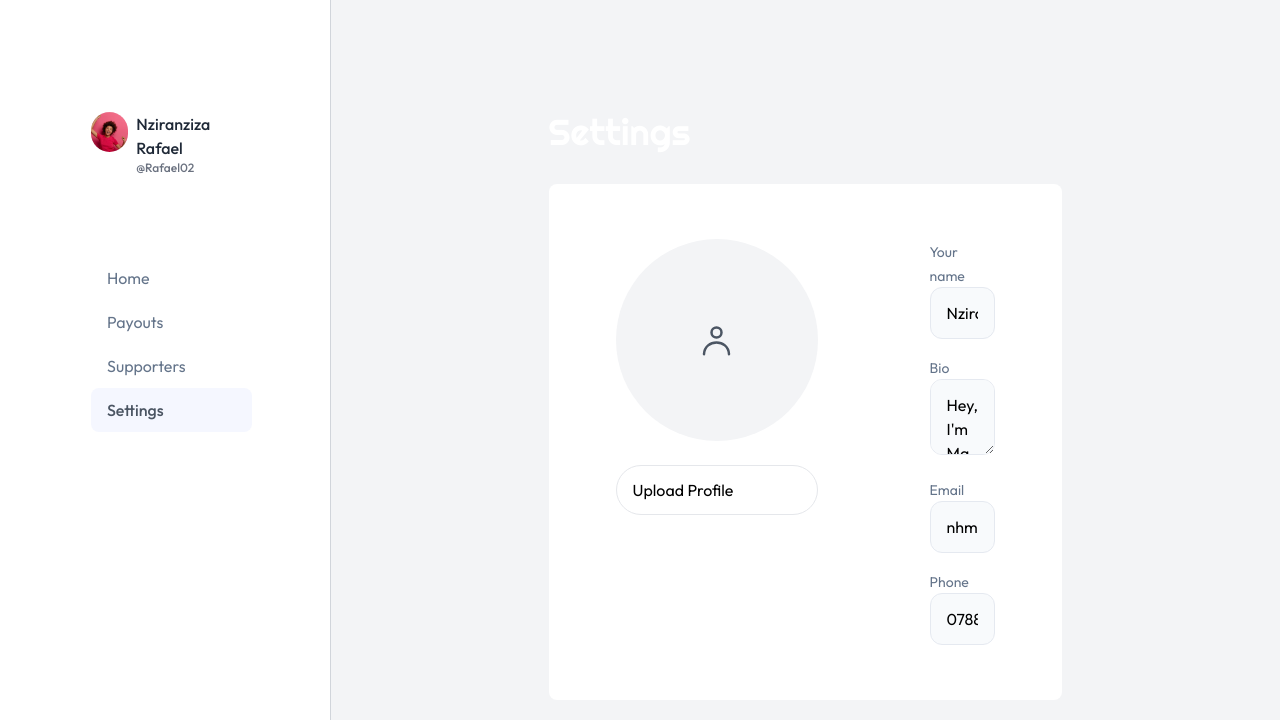
Repository: felixdusengimana/capstone-project-mirror
Page: /settings (app in frontend/)
The author's editor kept a copy of each file at every save. The page is drawn from the files as they stood at one save, then again after the next save.
The browser window is 1280 px wide. The pictures show the whole page.
An inner scrolling area shows only its first screen. The project was rebuilt for these pictures with package versions that can differ from the ones it lists, and the page was loaded fresh each time. The framework's server and built-in components were replaced by stand-ins that run in the browser. Also part of the build but not shown: frontend/next.config.mjs.

Above is the page before, as saved 2024-03-11 11:26:25.

### frontend/app/layout.tsx
import type { Metadata } from "next";
import { Righteous, Outfit } from "next/font/google";
import "./globals.css";

const outfit = Outfit({ subsets: ["latin"], variable: "--font-outfit" });
const righteous = Righteous({
  subsets: ["latin"],
  variable: "--font-righteous",
  weight: "400",
});

export const metadata: Metadata = {
  title: "Pesatone - Search and gift your favorite creators",
  description:
    "A place where fans show gratitude to the African content creators they love!",
};

export default function RootLayout({
  children,
}: Readonly<{
  children: React.ReactNode;
}>) {
  return (
    <html lang="en">
      <body className={`${outfit.variable} ${righteous.variable} font-sans`}>
        {children}
      </body>
    </html>
  );
}

### frontend/app/(dashboard)/layout.tsx
import Sidebar from "@/components/organisms/Sidebar";
import { ReactNode } from "react";

export default function DashBoardLayout({ children }: { children: ReactNode }) {
  return (
    <div className="h-screen flex bg-white">
      <Sidebar />
      <div className="flex-grow bg-gray-100 overflow-auto pt-[112px]">
        {children}
      </div>
    </div>
  );
}

### frontend/app/(dashboard)/settings/page.tsx
import Avatar from "@/components/atoms/Avatar";
import Button from "@/components/atoms/Button";
import Headline from "@/components/atoms/Headline";
import Icon from "@/components/atoms/Icon";
import Input from "@/components/atoms/Input";
import TextArea from "@/components/atoms/TextArea";
import React from "react";

export default function page() {
  return (
    <div className="min-h-full w-full px-[218px] text-black pb-10">
      <Headline className="text-gray-700 text-4xl">Settings</Headline>
      <div className="max-w-[900px] bg-white px-[67px] py-[55px] w-full rounded-lg mt-8 flex gap-28 justify-between items-start">
        <div className="max-w-[307px]">
          <label htmlFor="upload-profile-photo">
            <Avatar src="" size="2xl" />
            <div className="mt-6 text-xlfont-normal rounded-full border border-gray-200 flex gap-1 px-4 py-3">
              <Icon name="camera" />
              <p>Upload Profile</p>
            </div>
          </label>

          <input
            type="file"
            accept=".png;.jpg;.jpeg"
            hidden
            id="upload-profile-photo"
          />
        </div>
        <div className="flex flex-grow flex-col gap-4">
          <Input label="Your name" value={"Nziranziza Rafael"} />
          <TextArea label="Bio">
            Hey, I&apos;m Manzi Olivier, a product designer on a mission to
            create tech magic! I whip up interfaces that people adore and
            sprinkle pixel-perfect details everywhere
          </TextArea>
          <Input label="Email" value={"nhmanzk001@gmail.com"} />
          <Input label="Phone" value={"07885496697"} />
        </div>
      </div>

      <div className="max-w-[900px] bg-white px-[67px] py-[55px] w-full rounded-lg mt-8 flex gap-[107px] justify-between items-start">
        <p className="flex-grow font-medium text-lg text-gray-600">
          Social Links
        </p>
        <div className="flex flex-col gap-4 min-w-[486px]">
          <Input
            label="Instagram"
            className="mt-10"
            value={"https://www.instagram.com/theBen007/"}
            left={
              <Icon width={20} height={20} name="instagram" className="mr-2" />
            }
          />
          <Input
            label="Facebook"
            className="mt-10"
            value={"https://www.facebook.com/theBen007/"}
            left={
              <Icon width={20} height={20} name="facebook" className="mr-2" />
            }
          />
          <Input
            label="Twitter"
            className="mt-10"
            value={"https://www.x.com/theBen007/"}
            left={<Icon width={20} height={20} name="x" className="mr-2" />}
          />
        </div>
      </div>

      <div className="max-w-[900px] bg-white px-[67px] py-[55px] w-full rounded-lg mt-8 flex gap-[107px] justify-between items-start">
        <div className="max-w-[413px]">
          <h1 className="font-medium text-gray-600 text-lg">Delete account</h1>
          <p className="font-normal text-gray-400 text-base">
            Your account, along with all associated data will be permanently
            deleted and cannot be restored.
          </p>
        </div>
        <Button variant="danger">Delete my account</Button>
      </div>
    </div>
  );
}

### frontend/app/globals.css
@tailwind base;
@tailwind components;
@tailwind utilities;

:root {
  --bg: #171719;
  --bg-hover: #232326;
  --secondary-color: #17171A;
  --foreground-rgb: 0, 0, 0;
  --background-start-rgb: 214, 219, 220;
  --background-end-rgb: 255, 255, 255;
}

/* @media (prefers-color-scheme: dark) {
  :root {
    --foreground-rgb: 255, 255, 255;
    --background-start-rgb: 0, 0, 0;
    --background-end-rgb: 0, 0, 0;
  }
}

body {
  color: rgb(var(--foreground-rgb));
  background: linear-gradient(to bottom,
      transparent,
      rgb(var(--background-end-rgb))) rgb(var(--background-start-rgb));
}

@layer utilities {
  .text-balance {
    text-wrap: balance;
  }
} */

### frontend/components/organisms/Sidebar.tsx
"use client";
import { usePathname } from "next/navigation";
import { ComponentProps } from "react";
import Profile from "../molecules/Profile";
import Icon, { IconNames } from "../atoms/Icon";
import Link from "next/link";

interface SidebarProps extends ComponentProps<"div"> {}

export default function Sidebar({ className, ...props }: SidebarProps) {
  const pathname = usePathname();
  const links = [
    {
      label: "Home",
      icon: "dashboard",
      href: "/dashboard",
    },
    {
      label: "Payouts",
      icon: "payouts",
      href: "/payouts",
    },
    {
      label: "Supporters",
      icon: "flash",
      href: "/supporters",
    },
    {
      label: "Settings",
      icon: "settings",
      href: "/settings",
    },
  ] as { label: string; icon: IconNames; href: string }[];

  return (
    <div
      {...props}
      className={`w-[393px] pt-[112px] pl-[91px] pr-[78px] border-r border-gray-300 overflow-hidden ${className}`}
    >
      <Profile
        user={{
          name: "Nziranziza Rafael",
          photo: "/profiles/profile1.png",
          username: "Rafael02",
        }}
      />

      <div className="mt-20">
        {links.map((link) => (
          <Link
            key={link.href}
            href={link.href}
            className={`flex items-center gap-2 text-base py-2.5 px-4 rounded-lg ${
              pathname === link.href
                ? "bg-[#F5F7FF] text-gray-600 font-medium"
                : "text-[#64748A] font-normal"
            }`}
          >
            <Icon
              name={link.icon}
              fill={pathname === link.href ? "#4B5563" : "#6B7280"}
              stroke={pathname === link.href ? "#4B5563" : "#6B7280"}
            />
            <p>{link.label}</p>
          </Link>
        ))}
      </div>
    </div>
  );
}

### frontend/components/atoms/Avatar.tsx
/* eslint-disable @next/next/no-img-element */
import { ComponentProps } from "react";
import Icon from "./Icon";

interface AvatarProps extends ComponentProps<"div"> {
  src: string;
  alt?: string;
  size?: "sm" | "md" | "lg" | "xl" | "2xl";
  circle?: boolean;
  bordered?: boolean;
  fallBackText?: string;
}
export default function Avatar({ ...props }: AvatarProps) {
  const {
    src,
    alt,
    size = "sm",
    circle = true,
    fallBackText,
    bordered,
    ...rest
  } = props;

  const sizeClasses = {
    sm: "w-10 h-10",
    md: "w-12 h-12",
    lg: "w-16 h-16",
    xl: "w-[150px] h-[150px]",
    "2xl": "w-[202px] h-[202px]",
  };

  return (
    <div
      {...rest}
      className={`bg-gray-100 ${circle ? "rounded-full" : "rounded"} ${
        bordered ? "border-2 border-white" : ""
      } ${sizeClasses[size]} ${
        rest.className
      } flex items-center justify-center overflow-hidden`}
    >
      {src ? (
        <img
          src={src}
          alt={alt}
          className={`w-full ${sizeClasses[size]} object-cover`}
        />
      ) : fallBackText ? (
        fallBackText
      ) : (
        <Icon name="user" />
      )}
    </div>
  );
}

### frontend/components/atoms/Button.tsx
import { ComponentProps } from "react";

interface ButtonProps extends ComponentProps<"button"> {
  variant?: "dark" | "white" | "blurred" | "secondary";
  size?: "sm" | "md" | "lg";
  bordered?: boolean;
}

export default function Button({ ...props }: ButtonProps) {
  const { variant = "dark", size = "md", bordered = false } = props;

  const variantClasses = {
    dark: "bg-black text-white",
    white: "bg-white text-black",
    secondary: "bg-secondary text-white",
    blurred: "bg-blurred text-white",
  };

  const sizeClasses = {
    sm: "px-2 py-1",
    md: "px-8 py-4",
    lg: "px-6 py-3",
  };

  const borderClasses = bordered ? "border border-black" : "";

  return (
    <button
      {...props}
      className={`text-xl font-normal rounded-full ${variantClasses[variant]} ${sizeClasses[size]} ${borderClasses} ${props.className}`}
    >
      {props.children}
    </button>
  );
}

### frontend/components/atoms/Headline.tsx
import { ComponentProps } from "react";

interface HeadlineProps extends ComponentProps<"h1"> {}

export default function Headline({ ...props }: HeadlineProps) {
  return (
    <div className={`font-mono text-white ${props.className}`}>
      {props.children}
    </div>
  );
}

### frontend/components/atoms/Icon.tsx
function User() {
  return (
    <svg
      width="41"
      height="40"
      viewBox="0 0 41 40"
      fill="none"
      xmlns="http://www.w3.org/2000/svg"
    >
      <path
        d="M20.5 17.5C23.2614 17.5 25.5 15.2614 25.5 12.5C25.5 9.73858 23.2614 7.5 20.5 7.5C17.7386 7.5 15.5 9.73858 15.5 12.5C15.5 15.2614 17.7386 17.5 20.5 17.5Z"
        stroke="#4B5563"
        stroke-width="2.5"
        stroke-linecap="round"
        stroke-linejoin="round"
      />
      <path
        d="M33 34.1666C32.2083 18.6116 8.79167 18.6116 8 34.1666"
        stroke="#4B5563"
        stroke-width="2.5"
        stroke-linecap="round"
        stroke-linejoin="round"
      />
    </svg>
  );
}

export default function Icon({ name }: { name: "user" }) {
  if (name === "user") {
    return <User />;
  }
  return null;
}

### frontend/components/atoms/Input.tsx
import { ComponentProps, useId } from "react";

interface InputProps extends ComponentProps<"input"> {
  label?: string;
  labelStyle?: string;
}

export default function Input({ ...props }: InputProps) {
  const { label, labelStyle } = props;
  const id = useId();

  return (
    <div>
      {label && (
        <label
          className={`text-[#64748A] text-sm font-normal mb-1 ${labelStyle}`}
          htmlFor={props.id ?? id}
        >
          {label}
        </label>
      )}
      <input
        {...props}
        className={`bg-slate-50 py-[13px] px-4 border border-[#E5E9F0] outline-none w-full rounded-xl ${props.className}`}
        id={props.id ?? id}
      />
    </div>
  );
}

### frontend/components/atoms/TextArea.tsx
import { ComponentProps, useId } from "react";

interface TextAreaProps extends ComponentProps<"textarea"> {
  label?: string;
  labelStyle?: string;
}

export default function TextArea({ ...props }: TextAreaProps) {
  const { label, labelStyle } = props;
  const id = useId();

  return (
    <div>
      {label && (
        <label
          className={`text-[#64748A] text-sm font-normal mb-1 ${labelStyle}`}
          htmlFor={props.id ?? id}
        >
          {label}
        </label>
      )}
      <textarea
        {...props}
        className={`bg-slate-50 py-[13px] px-4 border border-[#E5E9F0] outline-none w-full rounded-xl ${props.className}`}
        id={props.id ?? id}
      />
    </div>
  );
}

### frontend/components/molecules/Profile.tsx
import Avatar from "../atoms/Avatar";
import Icon from "../atoms/Icon";

interface ProfileProps {
  user: {
    name: string;
    username: string;
    photo: string;
  };
  verified?: boolean;
}
export default function Profile({ user, verified }: ProfileProps) {
  return (
    <div className="flex gap-2 items-start">
      <Avatar src={user.photo} alt={user.name} />
      <div className="font-medium">
        <h3 className="text-base text-gray-800">{user.name}</h3>
        <p className="text-xs text-gray-500">@{user.username}</p>
      </div>
      {verified && <Icon name="verified" />}
    </div>
  );
}

### frontend/tailwind.config.ts
import type { Config } from "tailwindcss";

const config: Config = {
  content: [
    "./pages/**/*.{js,ts,jsx,tsx,mdx}",
    "./components/**/*.{js,ts,jsx,tsx,mdx}",
    "./app/**/*.{js,ts,jsx,tsx,mdx}",
  ],
  theme: {
    extend: {
      // backgroundImage: {
      //   "gradient-radial": "radial-gradient(var(--tw-gradient-stops))",
      //   "gradient-conic":
      //     "conic-gradient(from 180deg at 50% 50%, var(--tw-gradient-stops))",
      // },
      fontFamily: {
        sans: ["var(--font-outfit)"],
        mono: ["var(--font-righteous)"],
      },
      colors: {
        secondary: "var(--secondary-color)",
      },
    },
  },
  plugins: [],
};
export default config;

After the next save:
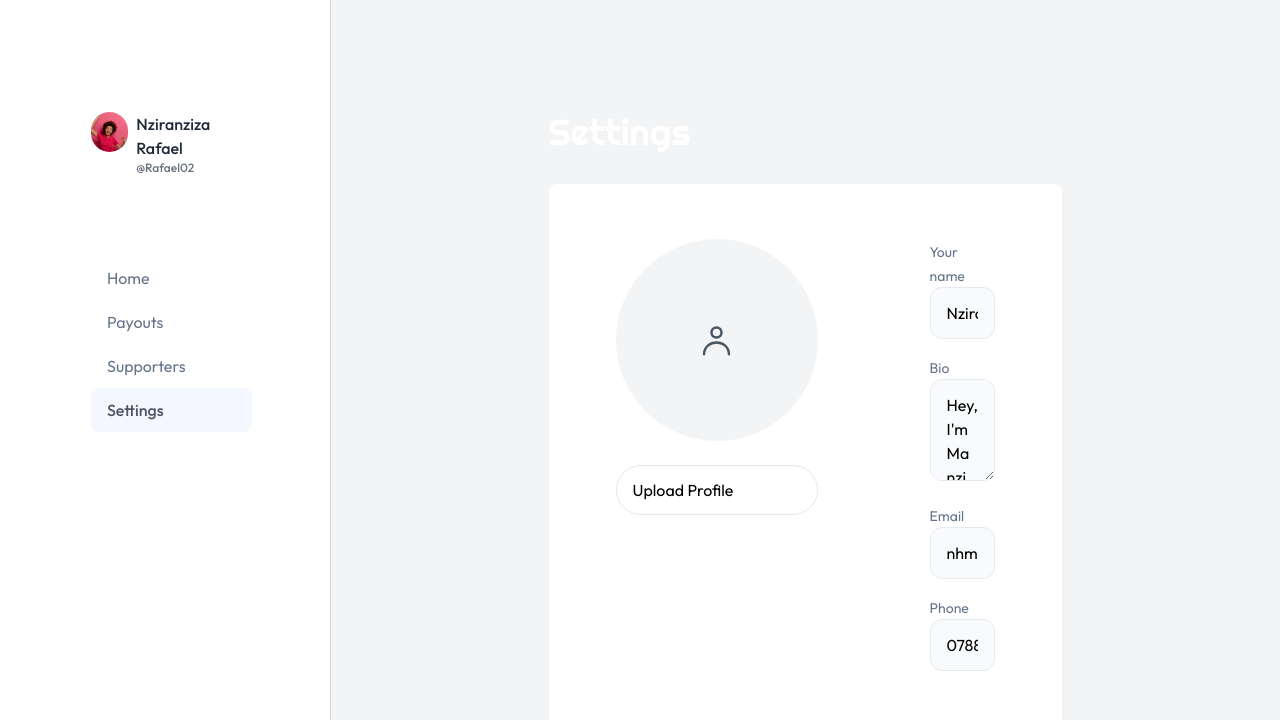
Saved 42 s later.
--- a/frontend/components/atoms/TextArea.tsx
+++ b/frontend/components/atoms/TextArea.tsx
@@ -21,7 +21,7 @@ export default function TextArea({ ...props }: TextAreaProps) {
       )}
       <textarea
         {...props}
-        className={`bg-slate-50 py-[13px] px-4 border border-[#E5E9F0] outline-none w-full rounded-xl ${props.className}`}
+        className={`bg-slate-50 py-[13px] min-h-[102px] px-4 border border-[#E5E9F0] outline-none w-full rounded-xl ${props.className}`}
         id={props.id ?? id}
       />
     </div>
